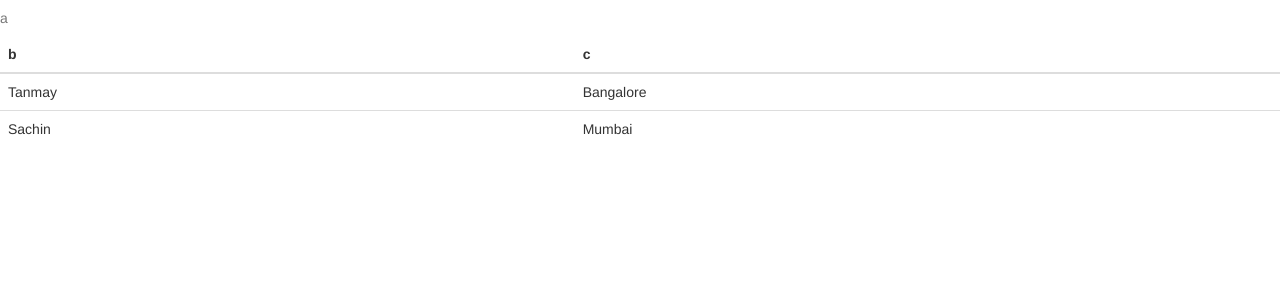
Repository: BensonXiong/DeviceManagement
Page: DeviceManagement/templates/Dmanage/bootstrape.html
An editor plug-in stored every save of this project. The page is shown before and after the next save, followed by the edit.
The browser window is 1280 px wide. The pictures show the whole page.
Some web libraries are served in a nearby version.

Above is the page before, as saved 2015-12-27 08:21:52.

After the next save:
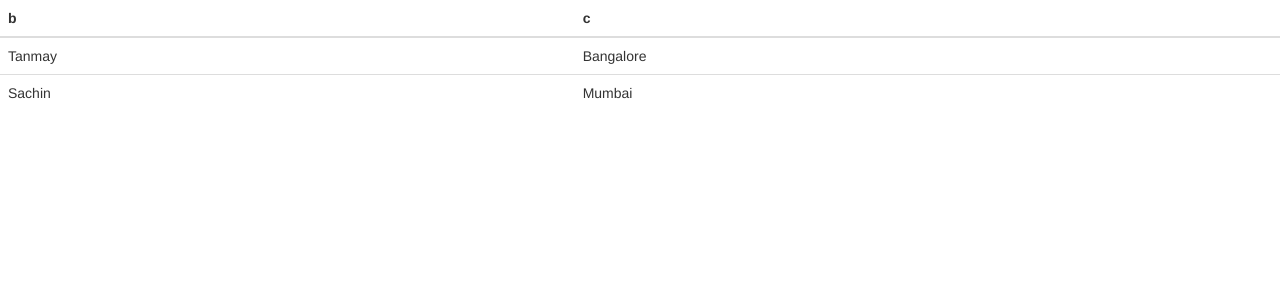
Saved 10 s later.
--- a/DeviceManagement/templates/Dmanage/bootstrape.html
+++ b/DeviceManagement/templates/Dmanage/bootstrape.html
@@ -8,7 +8,6 @@
 <body>
 
 <table class="table">
-   <caption>a</caption>
    <thead>
       <tr>
          <th>b</th>
